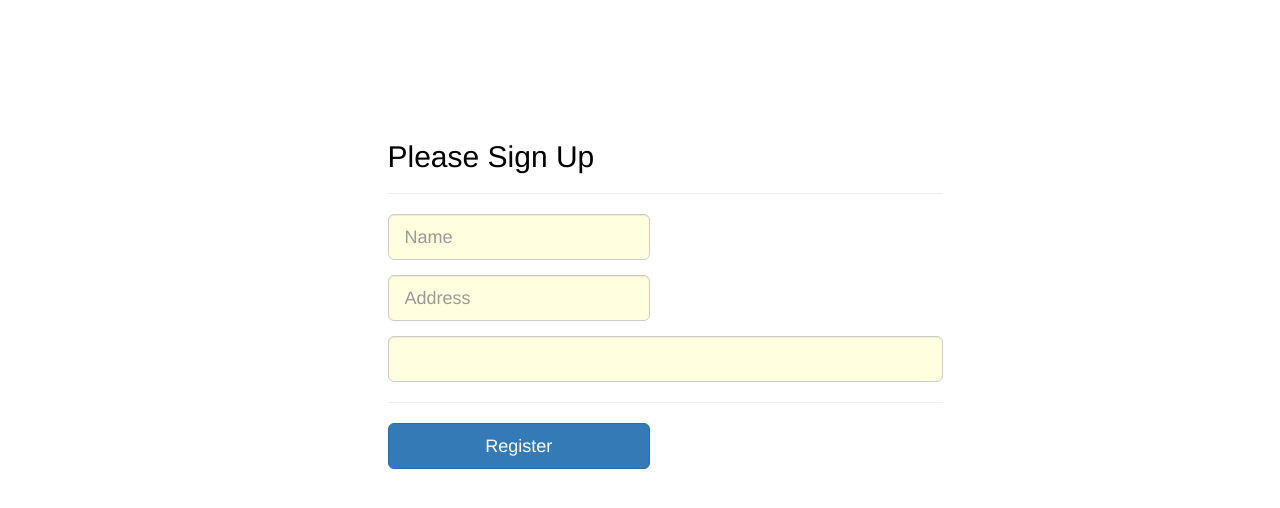
Repository: 123poornima/UpdatedSecondProject
Page: frontendPro/WebContent/_user/register.html
An editor plug-in stored every save of this project. The page is shown before and after the next save, followed by the edit.
The browser window is 1280 px wide. The pictures show the whole page.

Above is the page before, as saved 2017-01-10 05:59:03.

After the next save:
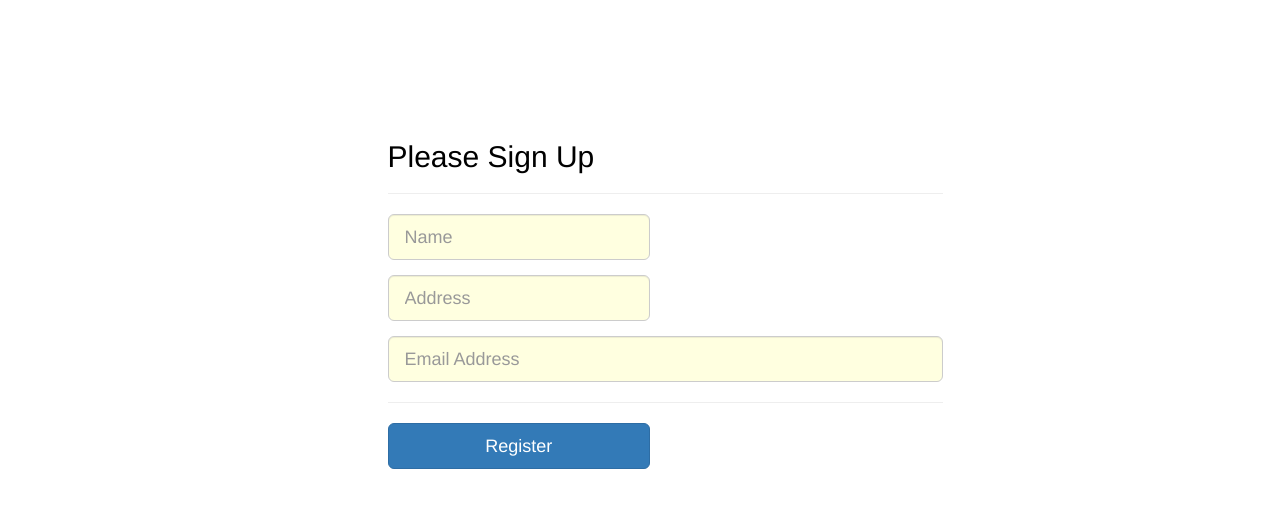
Saved 8 s later.
--- a/frontendPro/WebContent/_user/register.html
+++ b/frontendPro/WebContent/_user/register.html
@@ -48,7 +48,7 @@
 
 			</div>
 			<div class="form-group">
-				<form:input style="background-color:#FFFFE0" required="true"  path="mailId" type="email" name="email" id="email" class="form-control input-lg" placeholder="Email Address" tabindex="5" />
+				<input style="background-color:#FFFFE0" required="true"  path="mailId" type="email" name="email" id="email" class="form-control input-lg" placeholder="Email Address" tabindex="5" />
 			</div>
 			<!-- <div class="row">
 				<div class="col-xs-4 col-sm-3 col-md-3">
